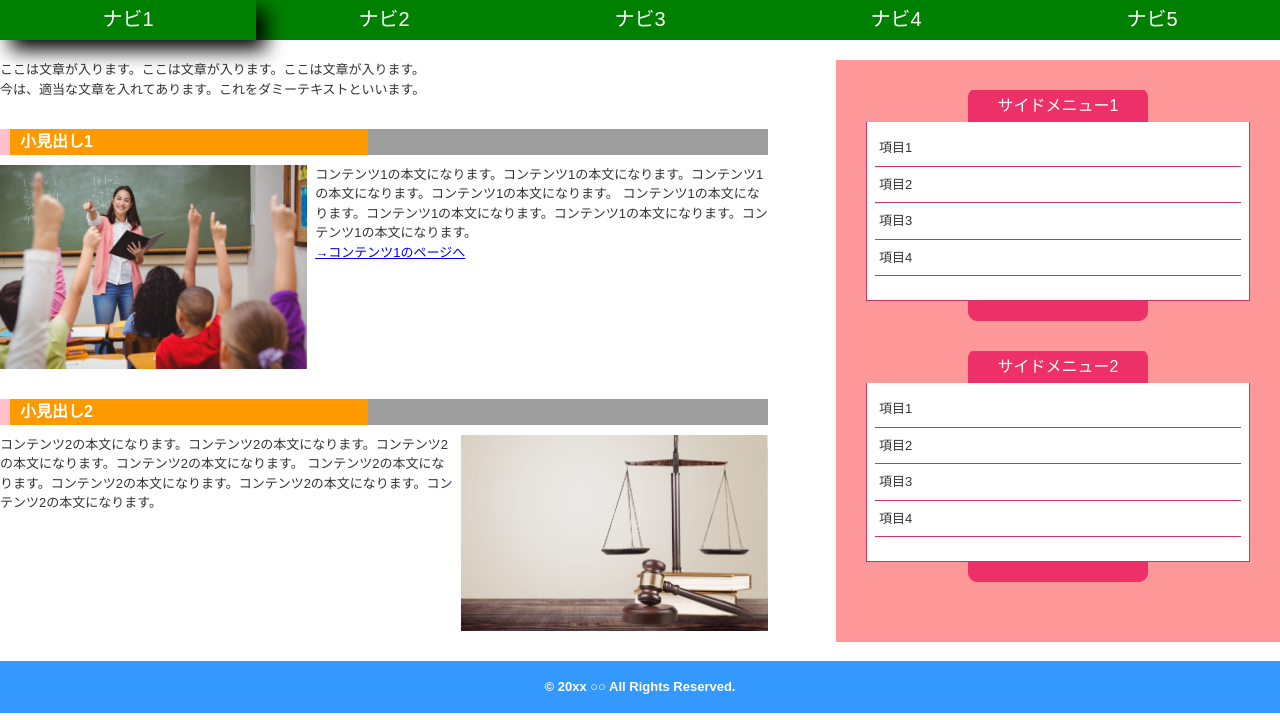
Repository: kanami0019/samurai_HTML-CSS
Page: index.html
The author's editor kept a record of every edit. The page is drawn from the files as they stood at one moment, then again after the next edit.
The browser window is 1280 px wide. The pictures show the whole page.
Pictures or frames that could not be fetched are drawn as grey boxes.

Above is the page before.

### index.html
<!DOCTYPE html>
<html lang="ja">
    <head>
        <meta charset="UTF-8">
        <title>HTML/CSSの学習</title>
        <link rel="stylesheet" href="stylesheet.css">
    </head>
    <body>
        <!--<div id="header">-->
        <!--    <h1><a href="index.html"><img id="corridor" src="images/corridor.jpg" alt="大学の廊下" /></a></h1>-->
        <!--</div>-->
        <div id="wrapper">
            <div id="nav">
                <ul>
                    <li><a href="home.html">ナビ1</a></li>
                    <li><a href="#">ナビ2</a></li>
                    <li><a href="#">ナビ3</a></li>
                    <li><a href="#">ナビ4</a></li>
                    <li><a href="#">ナビ5</a></li>
                </ul>
            </div>
            <div id="container">
                <div id="main">
                    <div class="post">
                        <p>ここは文章が入ります。ここは文章が入ります。ここは文章が入ります。<br />今は、適当な文章を入れてあります。これをダミーテキストといいます。</p>
                    </div>
                    <div class="post clearfix">
                        <h2>小見出し1</h2>
                        <img class="left" src="images/classroom.jpg" alt="授業風景" />
                        <p>
                            コンテンツ1の本文になります。コンテンツ1の本文になります。コンテンツ1の本文になります。コンテンツ1の本文になります。
                            コンテンツ1の本文になります。コンテンツ1の本文になります。コンテンツ1の本文になります。コンテンツ1の本文になります。
                        </p>
                        <p><a href="#">→コンテンツ1のページへ</a></p>
                    </div>
                    <div class="post clearfix">
                        <h2>小見出し2</h2>
                        <img class="right" src="images/scale.jpg" alt="天秤" />
                        <p>
                            コンテンツ2の本文になります。コンテンツ2の本文になります。コンテンツ2の本文になります。コンテンツ2の本文になります。
                            コンテンツ2の本文になります。コンテンツ2の本文になります。コンテンツ2の本文になります。コンテンツ2の本文になります。
                        </p>
                    </div>
                </div>
                <div id="side">
                    <div class="box">
                        <h2>サイドメニュー1</h2>
                        <div class="boxBody">
                            <ul>
                                <li>項目1</li>
                                <li>項目2</li>
                                <li>項目3</li>
                                <li>項目4</li>
                            </ul>
                        </div>
                    </div>
                    <div class="box">
                        <h2>サイドメニュー2</h2>
                        <div class="boxBody">
                            <ul>
                                <li>項目1</li>
                                <li>項目2</li>
                                <li>項目3</li>
                                <li>項目4</li>
                            </ul>
                        </div>
                    </div>
                </div>
            </div>
        </div>
        <div id="footer">
            <p>&copy; 20xx ○○ All Rights Reserved.</p>
        </div>
    </body>
</html>

### stylesheet.css
@charset "utf-8";

body {
	margin: 0;
	padding: 0;
	font-family: "ヒラギノ角ゴ Pro W3", "Hiragino Kaku Gothic Pro", "メイリオ", Meiryo, Osaka, "ＭＳ Ｐゴシック", "MS PGothic", sans-serif;
	color: #333;
	font-size: 13px;
	line-height: 150%;
}

/* -------------------- wrapper -------------------- */
#wrapper {
	width: 100%;
	margin: auto;
	padding: 0px;
	border: 0px;
	background-color: #FFF;
	top: 10px;
}
/* -------------------- header -------------------- */
#header {
	width: 100%;
}
#header h1 {
	margin: 0;
	padding: 0;
}

#corridor {
	width: 100%;
	height: auto;
}

/* -------------------- footer -------------------- */
#footer {
	clear: both;
	width: 100%;
	padding: 3px 0 3px 0;
	background: #39F;
	color: #FFF;
	font-weight: bold;
	text-align: center;
}
/* -------------------- nav -------------------- */
#nav {
	width: 100%;
}
#nav ul {
	margin: 0;
	padding: 0;
	list-style-type: none;
}
#nav ul li {
	float: left;
	width: 20%;
	text-align: center;
}
#nav ul li a {
	display: block;
	height: 20px;
	margin: 0;
	padding: 10px;
	color: #FFF;
	font-size: 20px;
	text-decoration: none;
	background-color: green;
}

#nav ul li a:hover {
	filter: drop-shadow(10px 10px 10px black);
}

/* -------------------- container -------------------- */
#container {
	width: 100%;
	margin: auto ;
	padding: auto;
	padding-top: 20px;
	clear: both;
}
/* -------------------- main -------------------- */
#main {
	float: left;
	width: 60%;
	padding: 10px30px 10px 10px;
}
#main h2 {
	margin: 0 0 10px 0;
	padding: 3px 10px 3px 10px;
	color: #FFF;
	font-size: 16px;
	border-left: solid 10px pink;
	background: #F90 url(../images/main_h2.jpg) right top repeat-y;
}
#main p {
	margin: 0;
	padding: 0;
}
#main .post {
	margin: 0 0 30px 0;
}

#main .post img.right {
	margin: 0 0 0 8px;
}
#main .post img.left {
	margin: 0 8px 0 0;
}

.right {
	float: right;
	width: 40%;
	height: auto;
}
.left {
	float: left;
	width: 40%;
	height: auto;
}

/* -------------------- clearfix -------------------- */
.clearfix {
	zoom: 1;
}
.clearfix:after{
	content: "";
	display: block;
	clear: both;
}

/* -------------------- side -------------------- */
#side {
	float: right;
	width: 30%;
	padding: 30px;
	background-color: #F99;
}
#side .box {
	margin: 0 auto 30px auto;
	padding: 0 0 20px 0;
	background: url(images/side_box.png) bottom no-repeat;
}
#side .box h2 {
	margin: 0;
	padding: 8px;
	text-align: center;
	color: #fff;
	font-size: 16px;
	line-height: 16px;
	font-weight: normal;
	background: url(images/side_box_h2.png) center no-repeat;
}
#side .box .boxBody {
	padding: 8px;
	border-right: solid 1px #C36;
	border-bottom: solid 1px #C36;
	border-left: solid 1px #C36;
	background: #fff;
}
#side .box .boxBody ul {
	margin: 0 0 16px 0;
	padding: 0;
}
#side .box .boxBody ul li {
	padding: 8px 0 8px 4px;
	list-style: none;
	border-bottom: solid 1px #C36;
}
#side .box .boxBody ul li:hover {
	padding: 8px 0 8px 4px;
	list-style: none;
	border-bottom: solid 1px #C36;
	box-shadow: 0px 4px 4px rgba(0, 0, 0, 0.3);
}

After the next edit:
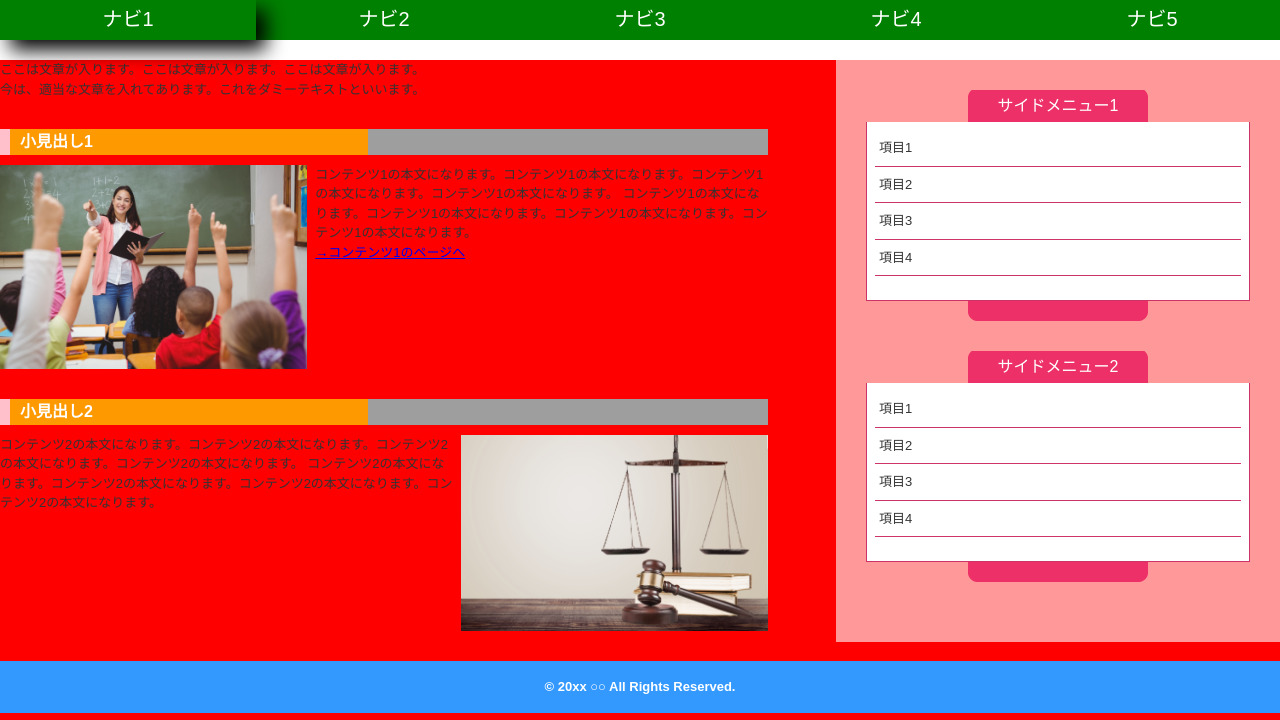
The edit:
--- a/stylesheet.css
+++ b/stylesheet.css
@@ -173,3 +173,8 @@
 	border-bottom: solid 1px #C36;
 	box-shadow: 0px 4px 4px rgba(0, 0, 0, 0.3);
 }
+
+            :root {
+                background-color: red;
+            }
+        </style>

After the 2 edits that followed:
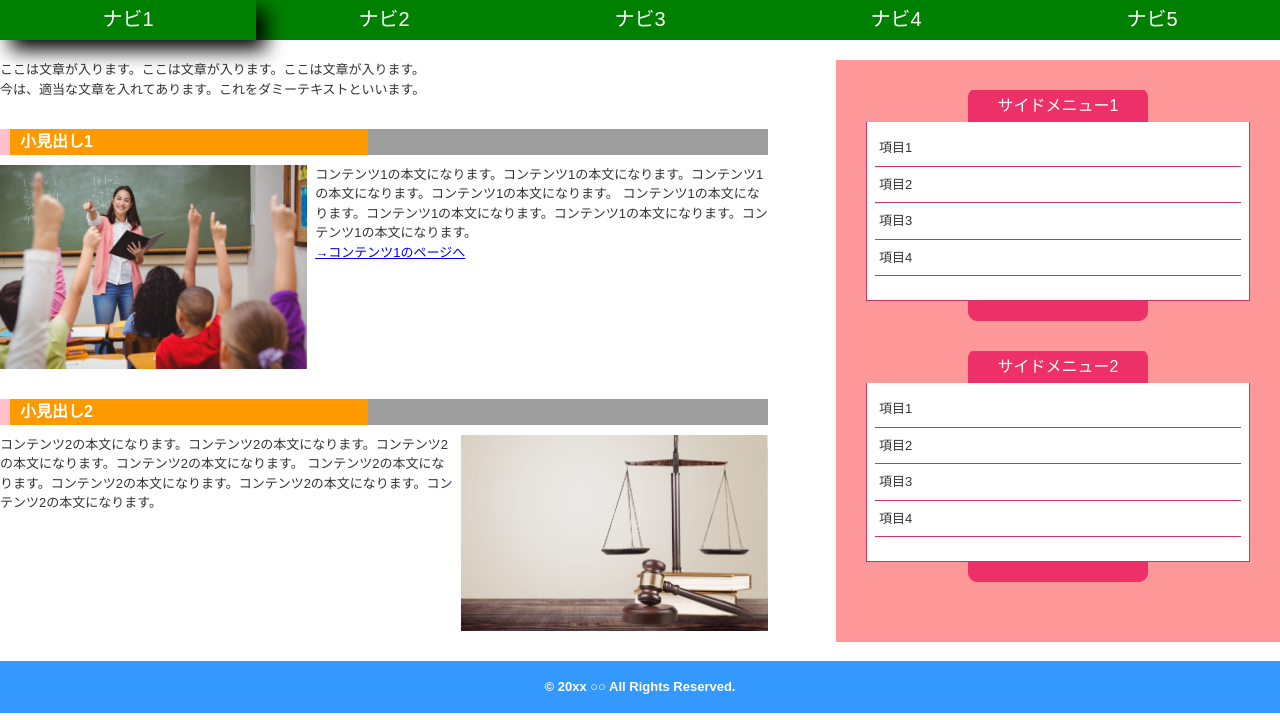
The 2 edits are shown as one change because 1 left the picture as it was.
The edit:
--- a/stylesheet.css
+++ b/stylesheet.css
@@ -171,10 +171,8 @@
 	padding: 8px 0 8px 4px;
 	list-style: none;
 	border-bottom: solid 1px #C36;
-	box-shadow: 0px 4px 4px rgba(0, 0, 0, 0.3);
-}
+	box-shadow: 0px 4px 4px rgba(0, 0, 0, 0.3)
 
-            :root {
+h2:first-child {
                 background-color: red;
             }
-        </style>
